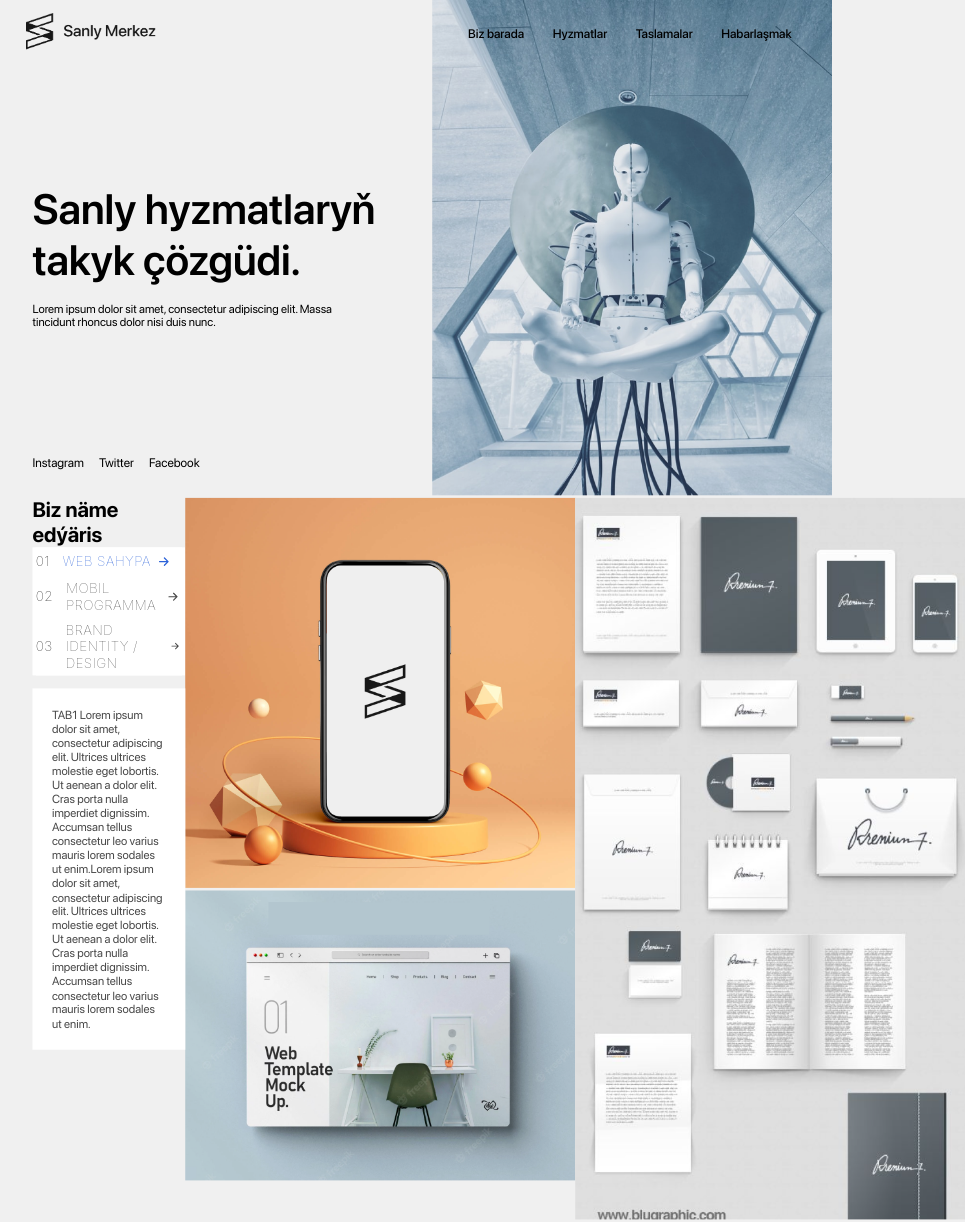
Repository: Meylis7/Sanly-Merkez-Web
Page: main.html
These files come from the project's save history. The page is drawn as it stood at one moment and after the next save; the edit follows.
The browser window is 1280 px wide. The page is 1485 px wide, so the pictures cover 1485 px, including what lies to the right of the window. The pictures show the whole page, at 65% of full size.
Some web fonts or font styles are not loaded; a fallback is used.

Above is the page before, as saved 2022-04-29 15:05:28.

After the next save:
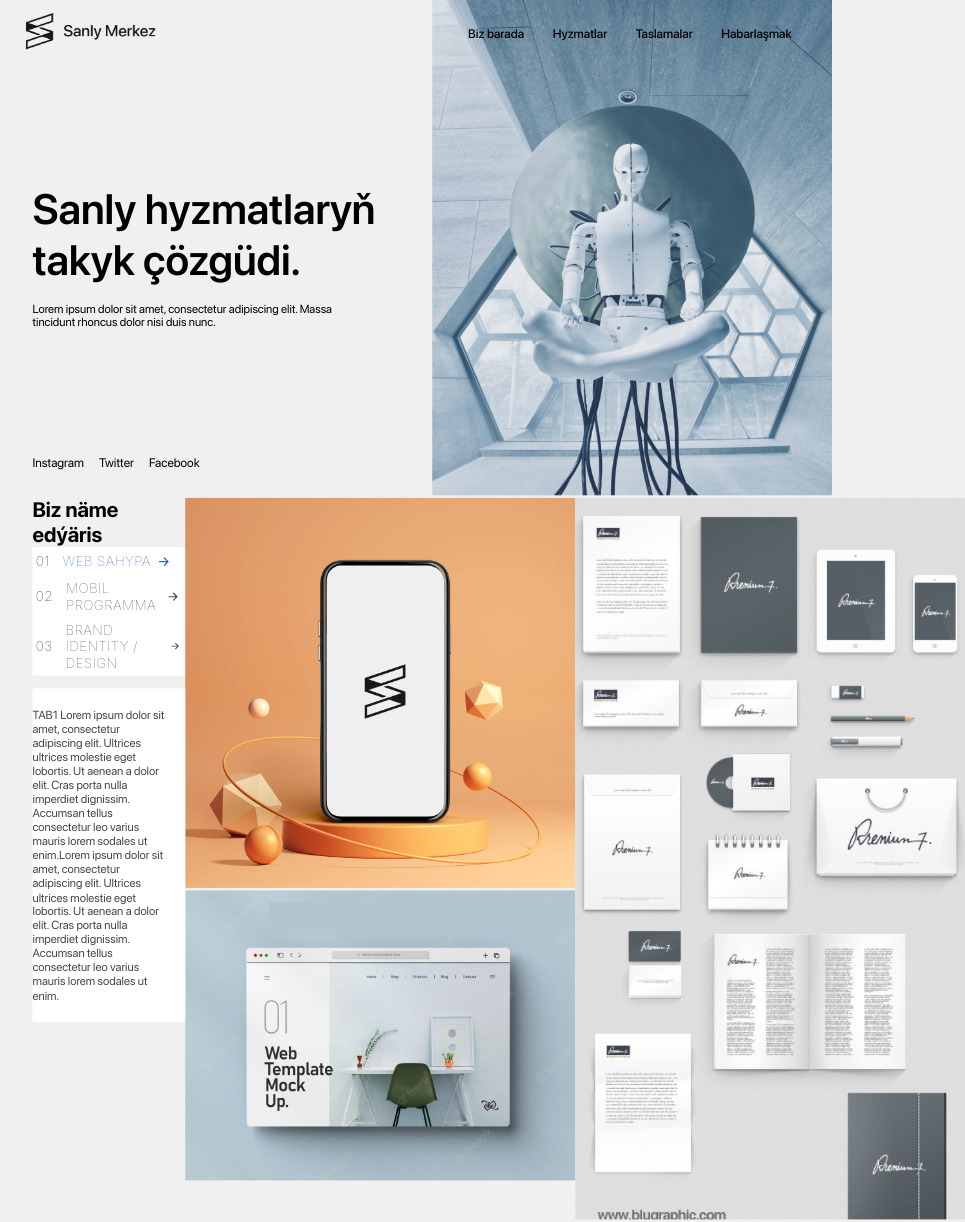
Saved 6 s later.
--- a/css/main.css
+++ b/css/main.css
@@ -425,7 +425,7 @@
 
 .tabs__body {
   background: #fff;
-  padding: 30px 30px 30px 30px;
+  padding: 30px 30px 30px 0;
   position: relative;
 }
 
